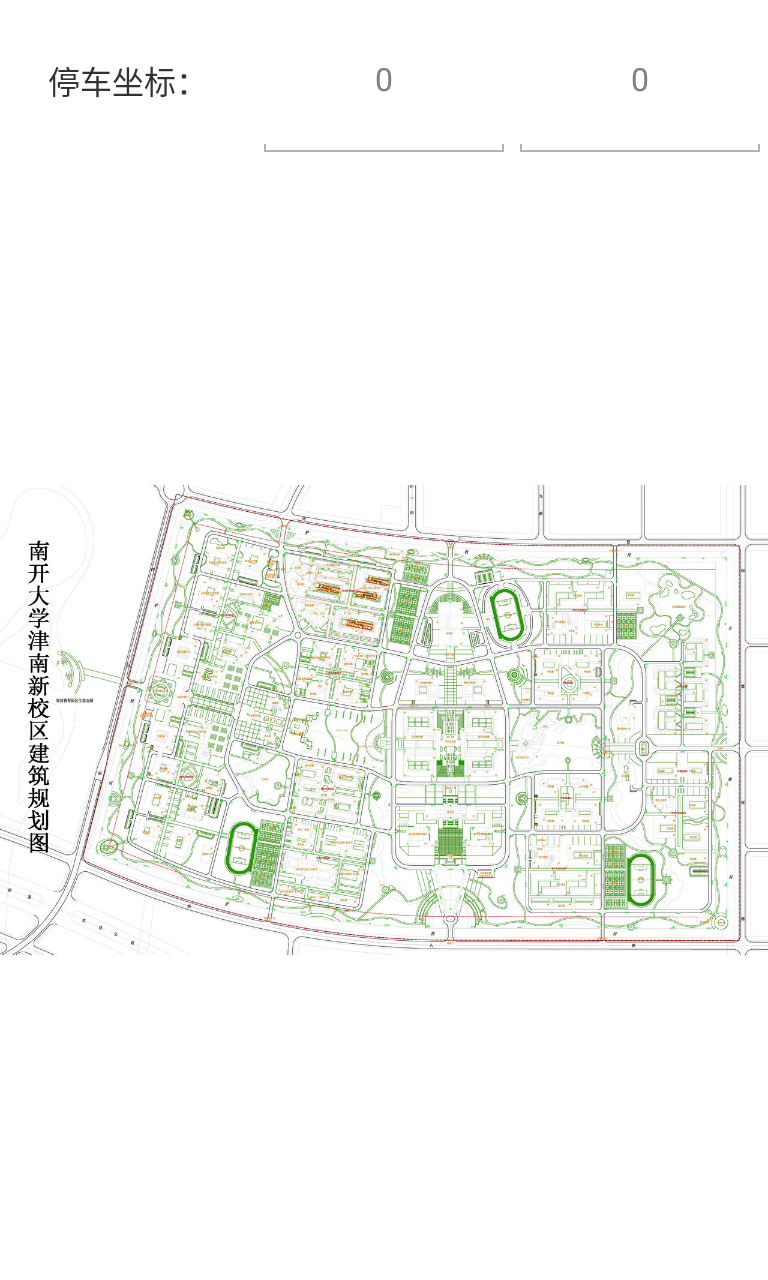
Repository: CovaWang/temporary_embedded
Layout: 7#车联·共享单车/代码/代码/res/layout/compass.xml
The author's editor kept a copy of each file at every save. The layout is drawn from the files as they stood at one save, then again after the next save.
It is drawn on a 768 x 1280 px phone screen (xhdpi) without system bars, with theme AppTheme; the app's code is not run.

Above is the layout before, as saved 2024-04-24 12:12:02.

After the next save:
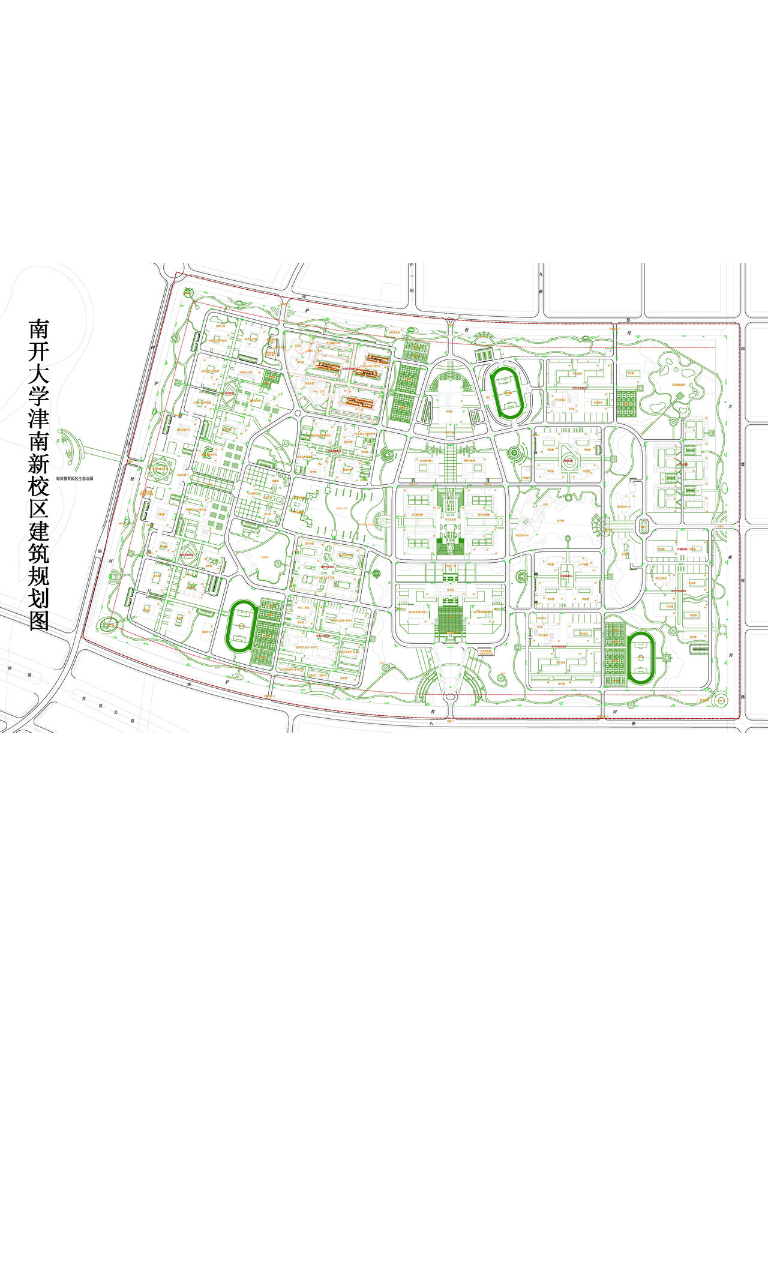
Saved 5 min 12 s later.
--- a/7#车联·共享单车/代码/代码/res/layout/compass.xml
+++ b/7#车联·共享单车/代码/代码/res/layout/compass.xml
@@ -55,4 +55,14 @@
         android:src="@drawable/map"
         android:layout_weight="1" />
 
+     <TextView
+			android:layout_width="match_parent"
+			android:layout_height="match_parent"
+			android:gravity="center"
+			android:text="(0,0)"
+			android:textSize="16dp"
+			android:layout_weight="1"
+			android:layout_centerInParent="true"
+			/>
+
 </LinearLayout>
